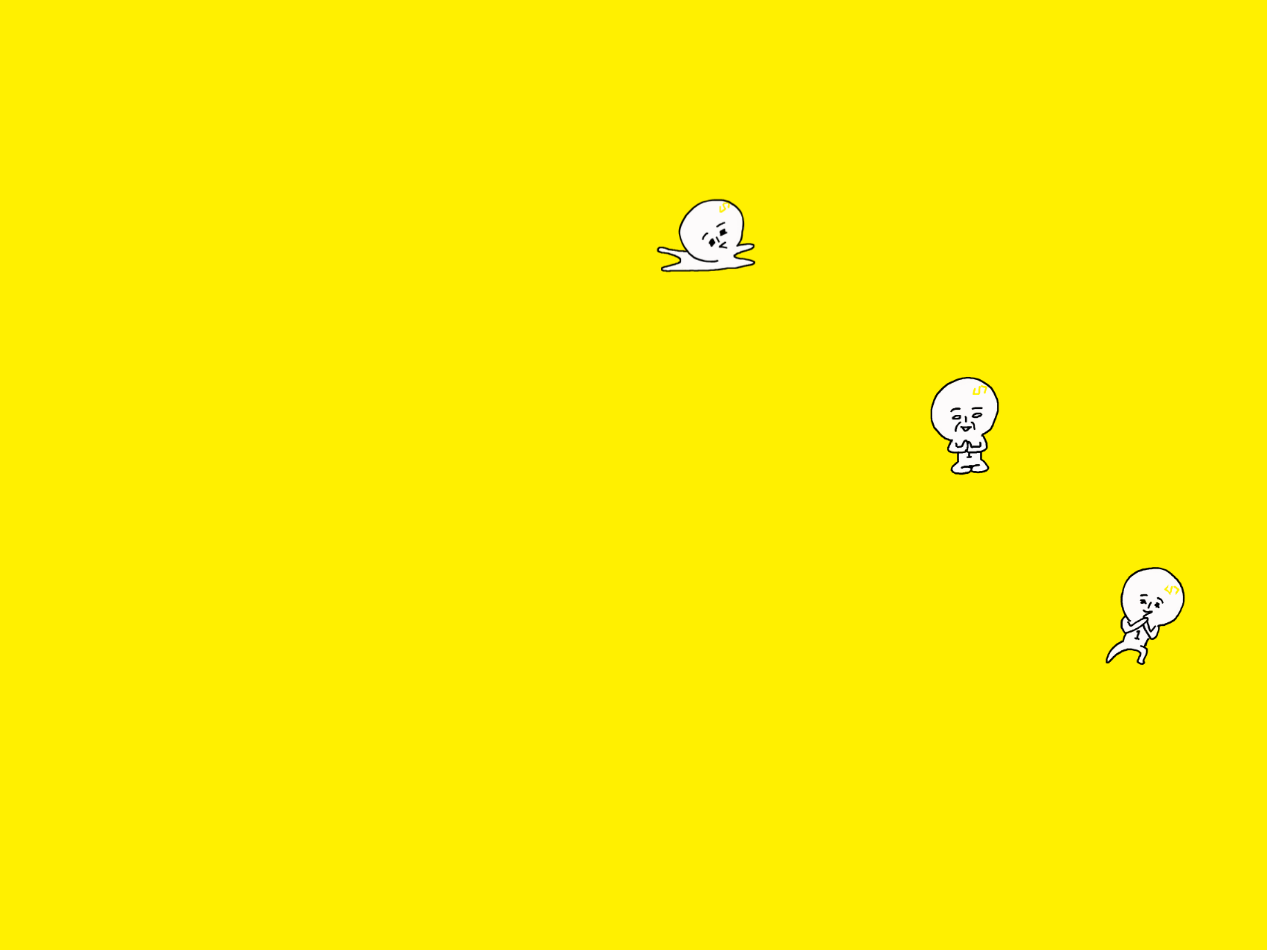
Repository: ggandory/interactiveweb
Page: Interactive_section5_4-delegation/index.html
These files come from the project's save history. The page is drawn as it stood at one moment and after the next save; the edit follows.
The browser window is 1280 px wide. The pictures show the whole page, at 99% of full size.

Above is the page before, as saved 2024-10-08 13:33:07.

After the next save:
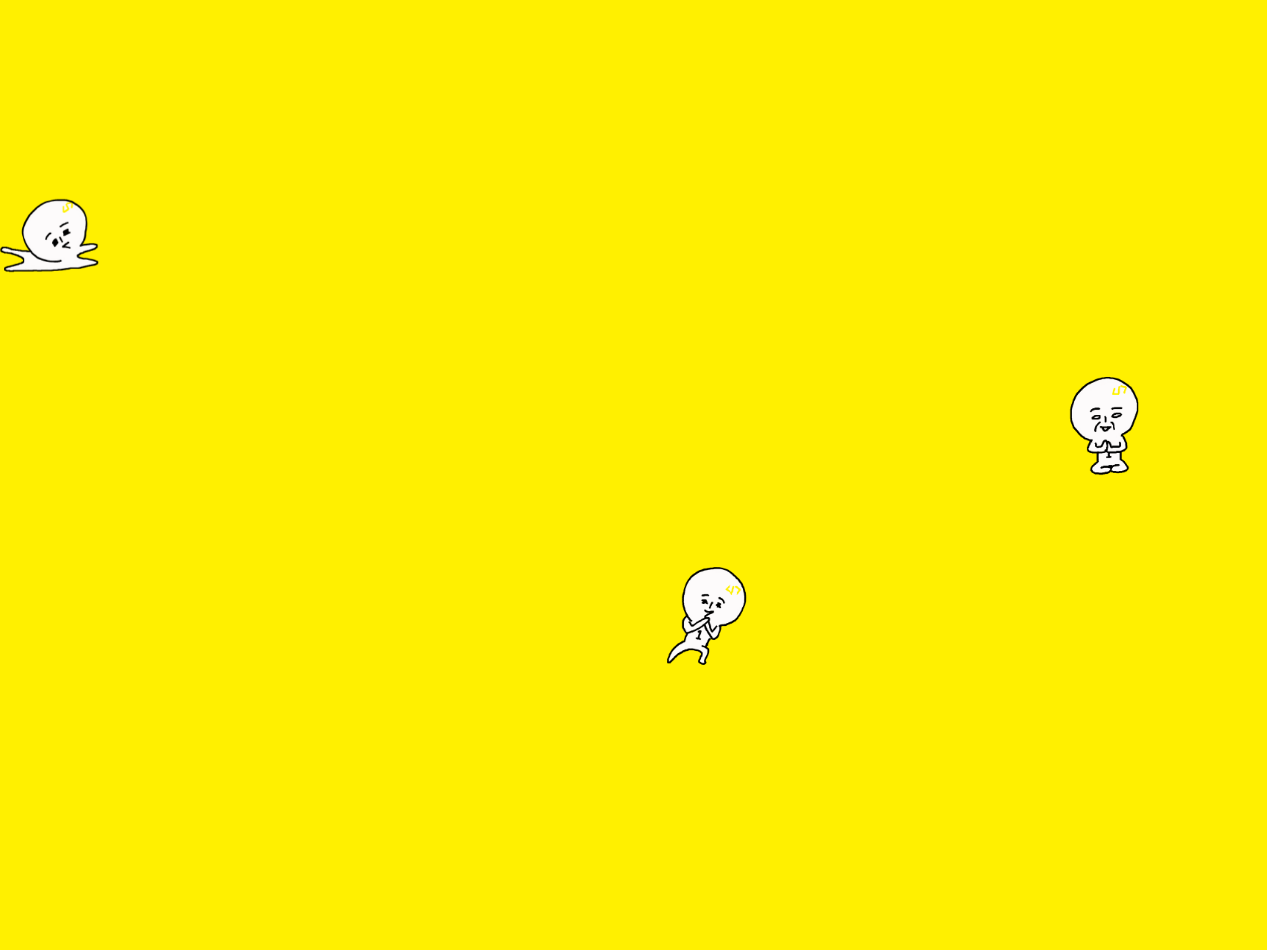
Saved 25 s later.
--- a/Interactive_section5_4-delegation/css/style.css
+++ b/Interactive_section5_4-delegation/css/style.css
@@ -29,17 +29,17 @@
   left: 0;
   bottom: 50%;
   background-image: url("../images/ilbuni_0.png");
-  animation-duration: 2s;
+  animation-duration: 1.5s;
 }
 .ilbuni.b {
   left: 0%;
   bottom: 70%;
   background-image: url("../images/ilbuni_1.png");
-  animation-duration: 3s;
+  animation-duration: 2.5s;
 }
 .ilbuni.c {
   left: 0%;
   bottom: 30%;
   background-image: url("../images/ilbuni_2.png");
-  animation-duration: 4s;
+  animation-duration: 3s;
 }
